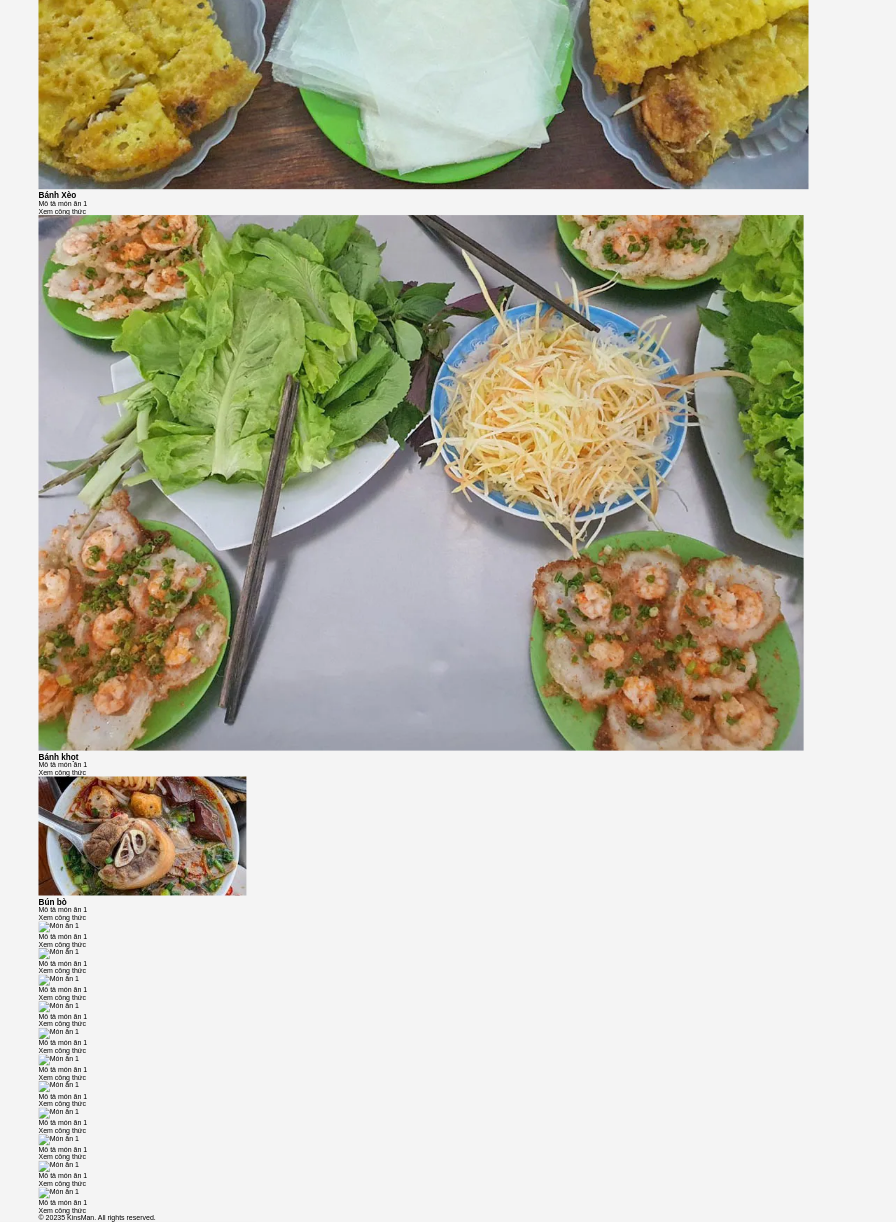
Repository: hoang28092000/how-food
Page: index.html
These files come from the project's save history. The page is drawn as it stood at one moment and after a run of saves; the edit follows.
The browser window is 1280 px wide. The pictures show the part of the page from y = 676 to 2596 px (the page is 2421 px tall before and 2596 px after), at 70% of full size.

Above is the page before, as saved 2025-04-14 23:56:11.

### index.html
<!DOCTYPE html>
<html lang="en">
<head>
    <meta charset="UTF-8">
    <meta name="viewport" content="width=device-width, initial-scale=1.0">
    <link rel="stylesheet" href="./style.css">
    <title>Food VN</title>
</head>
<body>
    <header>
        <div class="container">
            <nav class="nav">
                <h1 class="logo">KINSMAN</h1>
                <form action="" class="search-form">
                    <input type="text" class="search-box" placeholder="Search for food...">
                    <button type="submit" class="btn-search">Search</button>
                </form>
            </nav>
        </div>
    </header>
    <main>
        <div class="container">
            <h2 class="title-page">
                Công thức nấu món ăn do KinsMAN cung cấp
            </h2>
            <div class="list-food">
                <div class="food-item">
                    <img src="./image/banh-xeo.webp" alt="Món ăn 1" class="food-image">
                    <div class="info-card">
                        <h3 class="food-name">Bánh Xèo</h3>
                        <p class="food-description">Mô tả món ăn 1</p>
                        <a class="btn-card">Xem công thức</a>
                    </div>
                </div>
                <div class="food-item">
                    <img src="./image/banh_khot.webp" alt="Món ăn 1" class="food-image">
                    <div class="info-card">
                        <h3 class="food-name">Bánh khọt</h3>
                        <p class="food-description">Mô tả món ăn 1</p>
                        <a class="btn-card">Xem công thức</a>
                    </div>
                </div>
                <div class="food-item">
                    <img src="./image/bunbo.jpg" alt="Món ăn 1" class="food-image">
                    <div class="info-card">
                        <h3 class="food-name">Bún bò</h3>
                        <p class="food-description">Mô tả món ăn 1</p>
                        <a class="btn-card">Xem công thức</a>
                    </div>
                </div>
                <div class="food-item">
                    <img src="" alt="Món ăn 1" class="food-image">
                    <div class="info-card">
                        <h3 class="food-name"></h3>
                        <p class="food-description">Mô tả món ăn 1</p>
                        <a class="btn-card">Xem công thức</a>
                    </div>
                </div>
                <div class="food-item">
                    <img src="" alt="Món ăn 1" class="food-image">
                    <div class="info-card">
                        <h3 class="food-name"></h3>
                        <p class="food-description">Mô tả món ăn 1</p>
                        <a class="btn-card">Xem công thức</a>
                    </div>
                </div>
                <div class="food-item">
                    <img src="" alt="Món ăn 1" class="food-image">
                    <div class="info-card">
                        <h3 class="food-name"></h3>
                        <p class="food-description">Mô tả món ăn 1</p>
                        <a class="btn-card">Xem công thức</a>
                    </div>
                </div>
                <div class="food-item">
                    <img src="" alt="Món ăn 1" class="food-image">
                    <div class="info-card">
                        <h3 class="food-name"></h3>
                        <p class="food-description">Mô tả món ăn 1</p>
                        <a class="btn-card">Xem công thức</a>
                    </div>
                </div>
                <div class="food-item">
                    <img src="" alt="Món ăn 1" class="food-image">
                    <div class="info-card">
                        <h3 class="food-name"></h3>
                        <p class="food-description">Mô tả món ăn 1</p>
                        <a class="btn-card">Xem công thức</a>
                    </div>
                </div>
                <div class="food-item">
                    <img src="" alt="Món ăn 1" class="food-image">
                    <div class="info-card">
                        <h3 class="food-name"></h3>
                        <p class="food-description">Mô tả món ăn 1</p>
                        <a class="btn-card">Xem công thức</a>
                    </div>
                </div>
                <div class="food-item">
                    <img src="" alt="Món ăn 1" class="food-image">
                    <div class="info-card">
                        <h3 class="food-name"></h3>
                        <p class="food-description">Mô tả món ăn 1</p>
                        <a class="btn-card">Xem công thức</a>
                    </div>
                </div>
                <div class="food-item">
                    <img src="" alt="Món ăn 1" class="food-image">
                    <div class="info-card">
                        <h3 class="food-name"></h3>
                        <p class="food-description">Mô tả món ăn 1</p>
                        <a class="btn-card">Xem công thức</a>
                    </div>
                </div>
                <div class="food-item">
                    <img src="" alt="Món ăn 1" class="food-image">
                    <div class="info-card">
                        <h3 class="food-name"></h3>
                        <p class="food-description">Mô tả món ăn 1</p>
                        <a class="btn-card">Xem công thức</a>
                    </div>
                </div>
                <div class="food-item">
                    <img src="" alt="Món ăn 1" class="food-image">
                    <div class="info-card">
                        <h3 class="food-name"></h3>
                        <p class="food-description">Mô tả món ăn 1</p>
                        <a class="btn-card">Xem công thức</a>
                    </div>
                </div>
                <div class="food-item">
                    <img src="" alt="Món ăn 1" class="food-image">
                    <div class="info-card">
                        <h3 class="food-name"></h3>
                        <p class="food-description">Mô tả món ăn 1</p>
                        <a class="btn-card">Xem công thức</a>
                    </div>
                </div>
            </div>
        </div>
    </main>

    <footer>
        <div class="container">
            <p>&copy; 20235 KinsMan. All rights reserved.</p>
        </div>
    </footer>


    <script src="script.js"></script>
</body>
</html>

### style.css
*{
    padding: 0;
    margin: 0;
    box-sizing: border-box;
}
html{
    font-size: 62.5%;
    scroll-behavior: smooth;
}
.container{
    max-width: calc(100% - 48px);
    width: 1170px;
    margin: 0 auto;
}
body{
    font-family: 'Poppins', sans-serif;
    background-color: #f4f4f4;
}
/* header */
nav{
    display: flex;
    justify-content: space-between;
    align-items: center;
    padding: 20px;
    background-color: #fff;
    box-shadow: 0 2px 5px rgba(0, 0, 0, 0.1);
    position: fixed;
    width: 100%;
    top: 0;
    left: 0;
}
nav .logo{
    font-size: 2rem;
    font-weight: bold;
    color: #333;
    letter-spacing: 2px;
}
nav .search-form{
    display: flex;
    width: 50%;
    align-items: center;
    justify-content: flex-end;
}
.search-box{
    width: 300px;
    height: 40px;
    padding-left: 10px;
    border: 1px solid #ccc;
    border-radius: 5px;
    outline: none;
}
.btn-search{
    width: 100px;
    height: 40px;
    background-color: #333;
    color: #fff;
    border: none;
    border-radius: 5px;
    cursor: pointer;
    margin-left: 10px;
    transition: background-color 0.2s ease-in-out;
}
.btn-search:hover{
    background-color: #555;
}
/* main */
main{
    margin-top: 80px;
}
.title-page{
    padding-top: 60px;
    text-align: center;
    font-size: 2rem;
    font-weight: bold;
    color: #333;

}

Loaded but not shown: script.js (no copy from this time; the picture is the same without it)

After the next 4 saves:
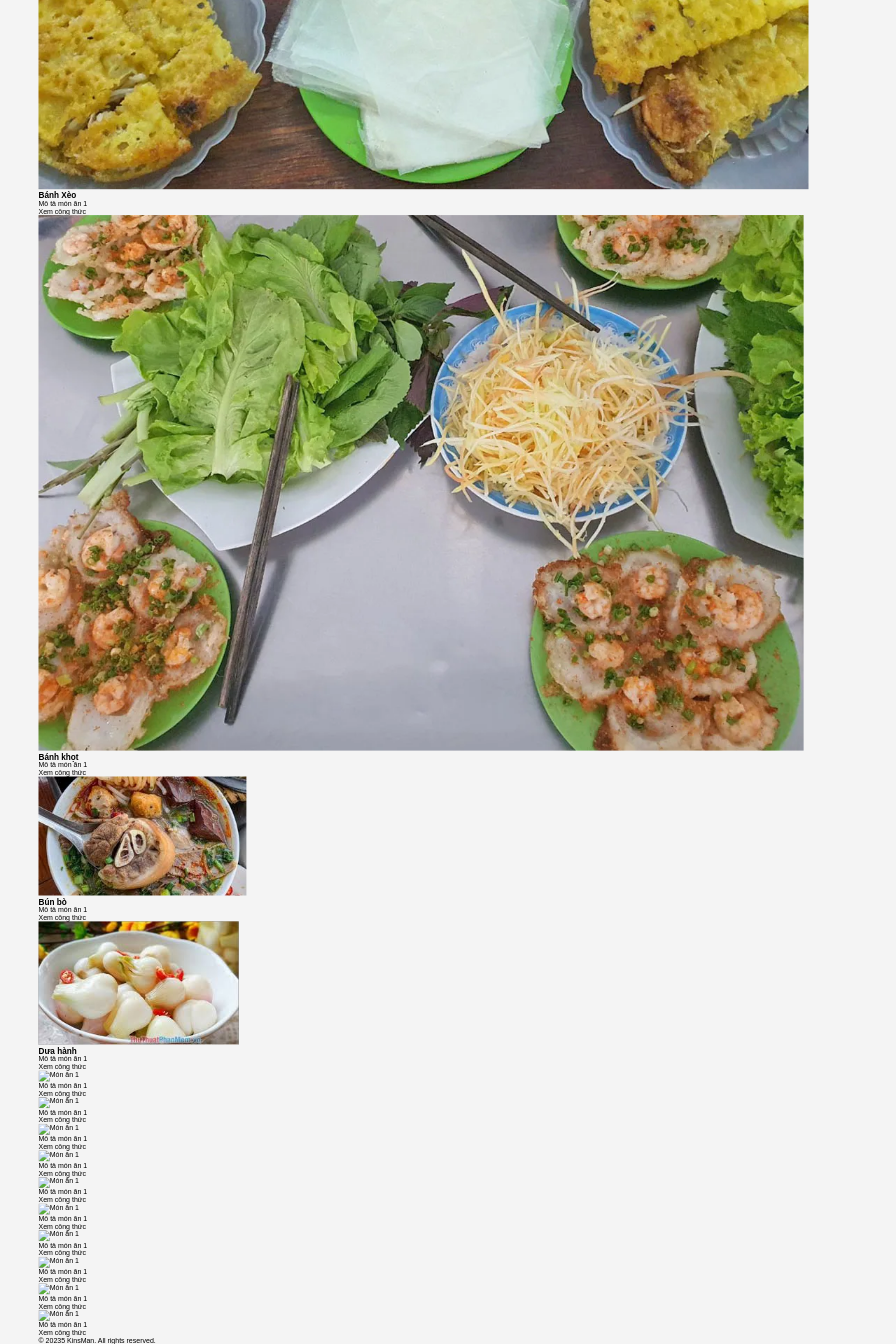
The 4 saves are shown as one change because they came seconds apart.
The last was saved 13 s later.
--- a/index.html
+++ b/index.html
@@ -49,9 +49,9 @@
                     </div>
                 </div>
                 <div class="food-item">
-                    <img src="" alt="Món ăn 1" class="food-image">
+                    <img src="./image/duahanh.jpg" alt="Món ăn 1" class="food-image">
                     <div class="info-card">
-                        <h3 class="food-name"></h3>
+                        <h3 class="food-name">Dưa hành</h3>
                         <p class="food-description">Mô tả món ăn 1</p>
                         <a class="btn-card">Xem công thức</a>
                     </div>
